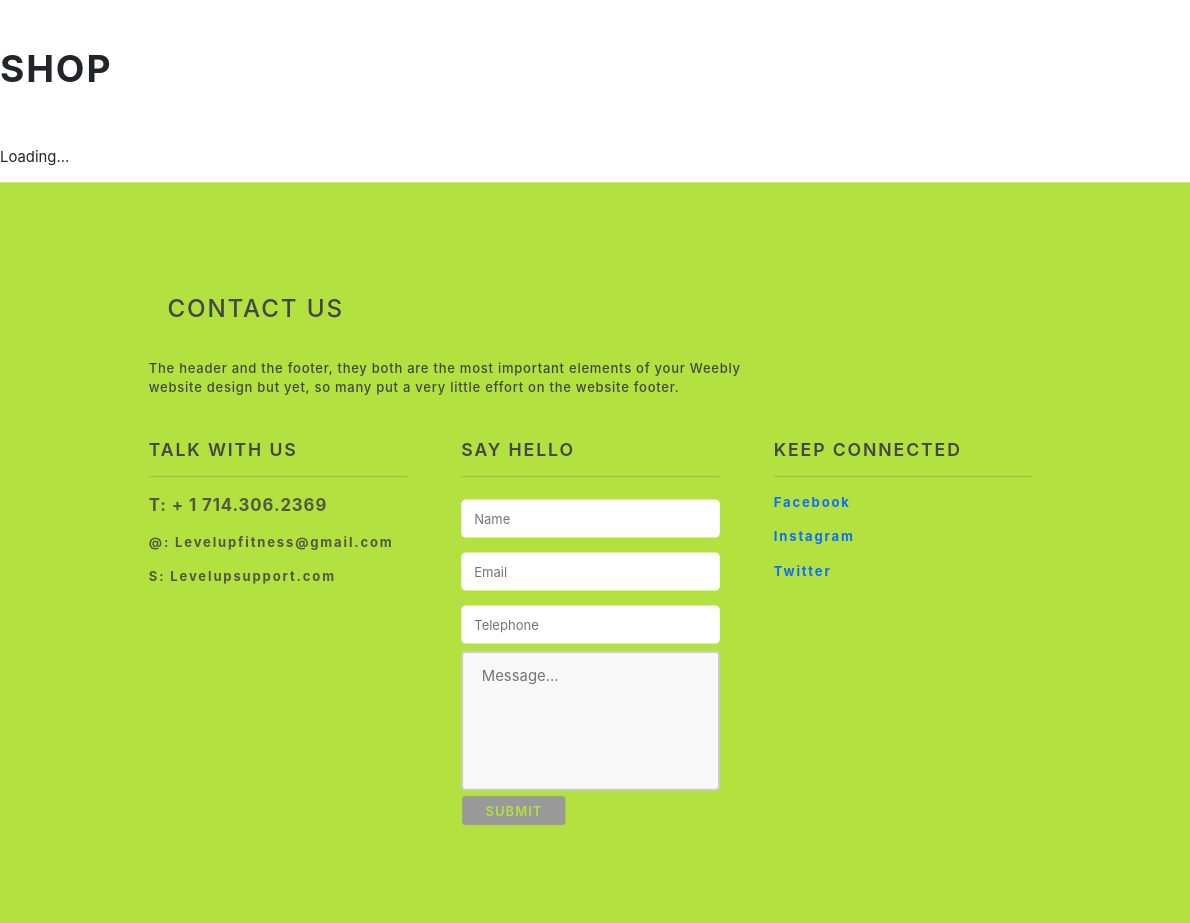
Repository: Bojurie/Level-up
Page: /shop (app in client/)
An editor plug-in stored every save of this project. The page is shown before and after the next save, followed by the edit.
The browser window is 1280 px wide. The pictures show the part of the page from y = 314 to 1387 px (the page is 1307 px tall before and 1387 px after), at 93% of full size.
The page's requests for data from a server got no answer. Some web fonts or font styles are not loaded; a fallback is used. Some web libraries are served in a nearby version. The project was rebuilt for these pictures with package versions that can differ from the ones it lists, and the page was loaded fresh each time. No one was signed in, and anything a server would have sent is missing. Also part of the build but not shown: client/src/components/Carousel.js, client/src/components/HomeVlog.css, client/src/components/HomeVlog.js, client/src/components/homeProducts.css, client/src/components/HomeProducts.js, client/src/components/Card.js, client/src/components/HomeShop.css, client/src/components/HomeShop.js and 10 more. Imported but missing from the stored project, and not drawn on this page: client/src/components/Chart.

Above is the page before, as saved 2022-12-01 00:17:10.

After the next save:
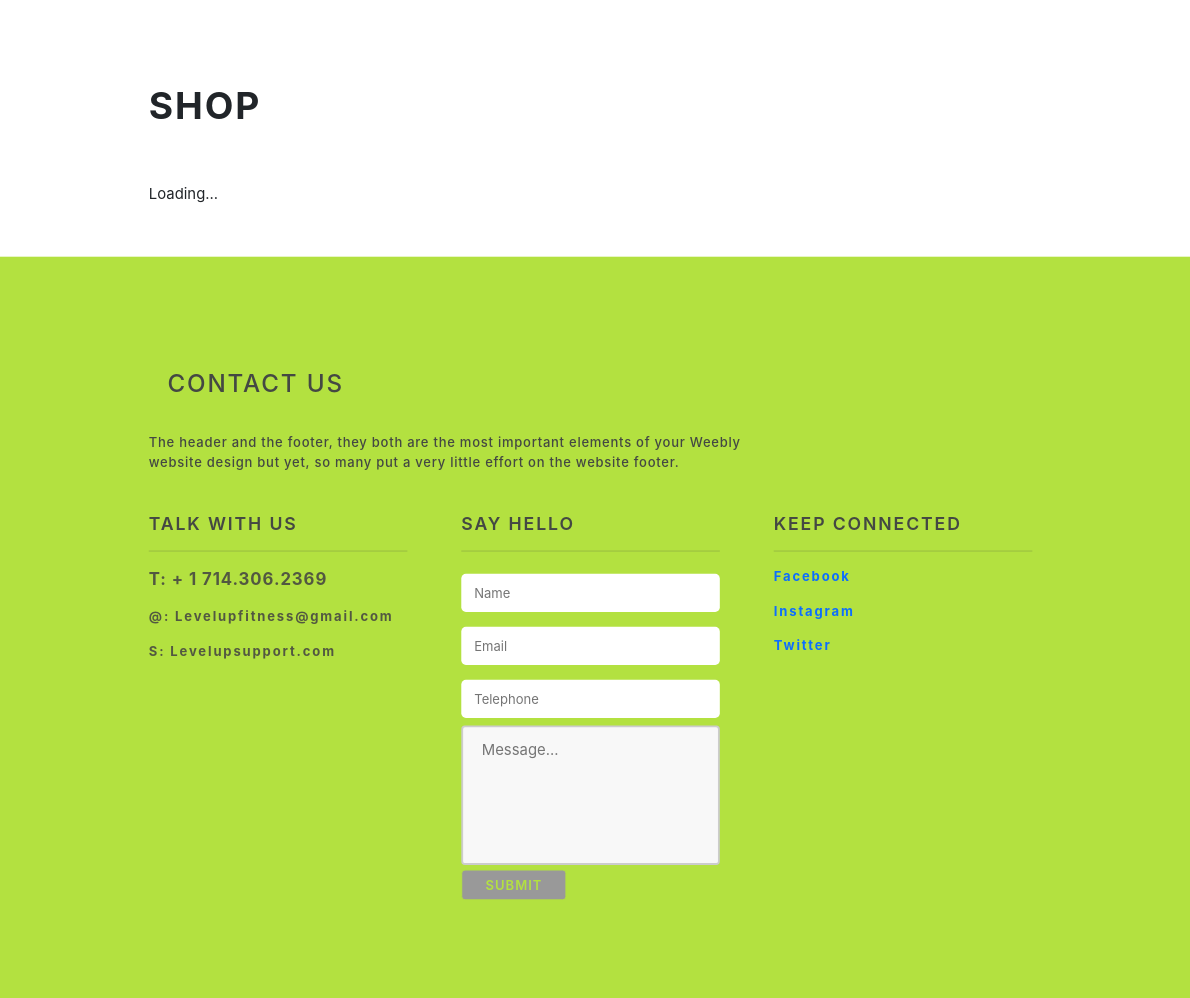
Saved 7 min 28 s later.
--- a/client/src/pages/Shop.css
+++ b/client/src/pages/Shop.css
@@ -4,3 +4,6 @@
     letter-spacing: 2px;
     padding: 50px 0;
 }
+.shop-wrapper{
+  padding: 40px 160px;
+}
